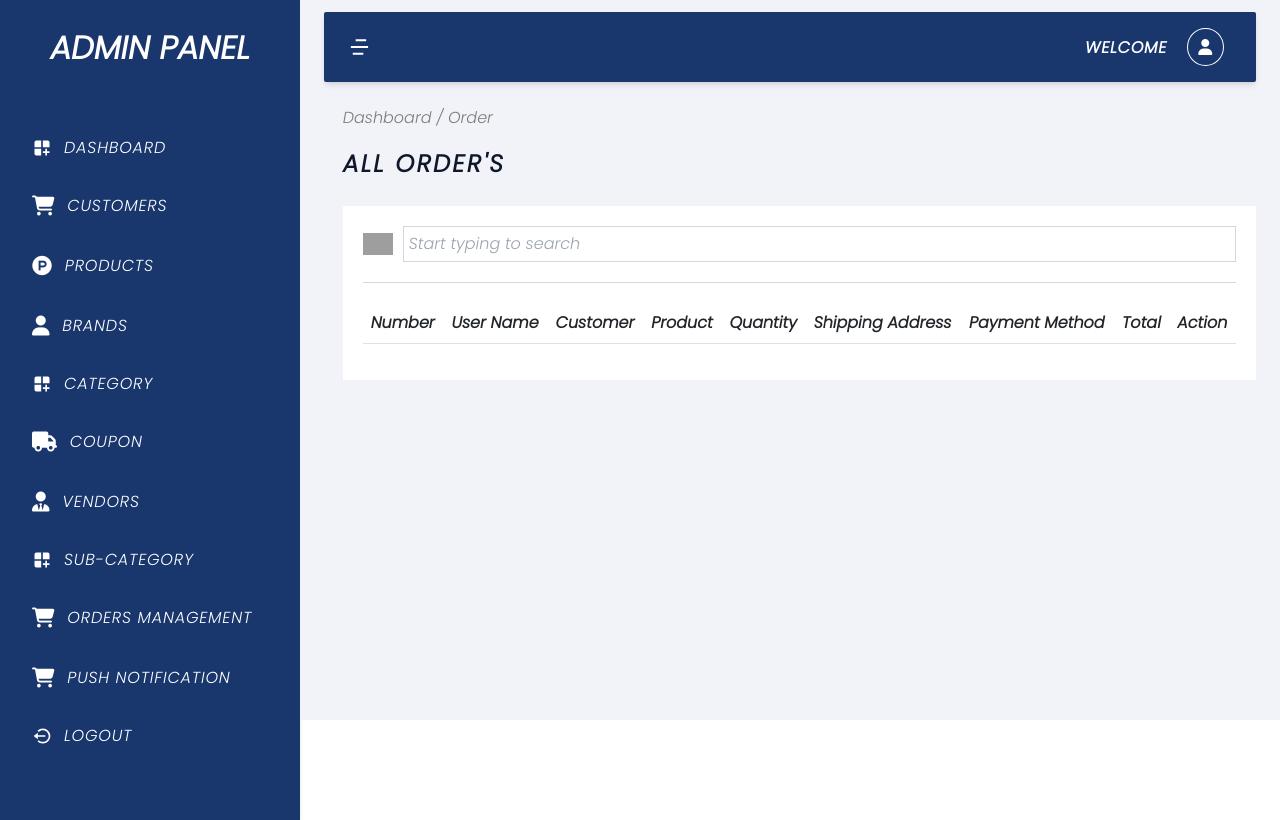
Repository: FlyweisReact/AnilAdminPanel
Page: /E-commerce/Admin/Orders
The author's editor kept a copy of each file at every save. The page is drawn from the files as they stood at one save, then again after the next save.
The browser window is 1280 px wide. The pictures show the whole page.
Pictures or frames that could not be fetched are drawn as grey boxes. The page's requests for data from a server got no answer. Some web libraries are served in a nearby version. The project was rebuilt for these pictures with package versions that can differ from the ones it lists, and the page was loaded fresh each time. No one was signed in, and anything a server would have sent is missing. Also part of the build but not shown: src/E-CommerceAdmin/forms/Login.jsx, src/E-CommerceAdmin/pages/Dashboard.jsx, src/E-CommerceAdmin/pages/ECategory.js, src/E-CommerceAdmin/pages/EProduct.js, src/E-CommerceVendor/forms/EVendorLogin.jsx, src/E-CommerceAdmin/pages/EVendorList.js, src/E-CommerceAdmin/pages/EAdminProduct.js, src/E-CommerceAdmin/pages/EAdminDelivery.js and 5 more. Imported but missing from the stored project, and not drawn on this page: src/E-CommerceVendor/pages/EVCategory, src/E-CommerceVendor/pages/EVDashboard, src/E-CommerceVendor/pages/EVOrders, src/E-CommerceVendor/pages/EVProduct, src/E-CommerceVendor/pages/EVSubCategory.

Above is the page before, as saved 2023-05-03 16:19:10.

### public/index.html
<!-- @format -->

<!DOCTYPE html>
<html lang="en">
  <head>
    <meta charset="utf-8" />
    <meta name="viewport" content="width=device-width, initial-scale=1" />
    <meta name="theme-color" content="#000000" />
    <meta
      name="description"
      content="Web site created using create-react-app"
    />
    <link rel="apple-touch-icon" href="%PUBLIC_URL%/favicon.ico?v=2" />
    <link rel="manifest" href="%PUBLIC_URL%/manifest.json" />
    <link rel="preconnect" href="https://fonts.googleapis.com">
<link rel="preconnect" href="https://fonts.gstatic.com" crossorigin>
<link href="https://fonts.googleapis.com/css2?family=Roboto+Mono:ital,wght@1,300&display=swap" rel="stylesheet">
    <title>Anil Admin Panel</title>
  </head>
  <body>
    <noscript>You need to enable JavaScript to run this app.</noscript>
    <div id="root"></div>
    <script src="https://code.jquery.com/jquery-3.6.0.min.js"></script>
    <script src="https://kit.fontawesome.com/b533b351e4.js" crossorigin="anonymous"></script>
  </body>
</html>

### src/index.js
import React from "react";
import ReactDOM from "react-dom/client";
import "./index.css";
import App from "./App";
import { BrowserRouter } from "react-router-dom";
import 'bootstrap/dist/css/bootstrap.min.css'

const root = ReactDOM.createRoot(document.getElementById("root"));
root.render(
  <React.StrictMode>
    <BrowserRouter>
      <App />
    </BrowserRouter>
  </React.StrictMode>
);

### src/index.css
/** @format */

@tailwind base;
@tailwind components;
@tailwind utilities;
@import url("https://fonts.googleapis.com/css2?family=Roboto+Mono:ital,wght@1,300&display=swap");
@font-face {
  font-family: Roboto;
  src: url("./Fonts/Poppins-LightItalic.ttf");
}
body {
  margin: 0;
  font-family: Roboto !important;
  -webkit-font-smoothing: antialiased;
  -moz-osx-font-smoothing: grayscale;
}

code {
  font-family: Roboto !important;
}

html {
  font-family: Roboto !important;
}

::-webkit-scrollbar {
  width: 10px;
}
.fa-trash {
  color: red;
  cursor: pointer;
}

.iCOn {
  transition: 0.5s;
  box-shadow: none;
  transform: scale(1);
}
.cardDiv {
  cursor: pointer;
}

.cardDiv:hover .iCOn {
  box-shadow: rgba(0, 0, 0, 0.35) 0px 5px 15px;
  transform: scale(1.3);
}

/* Track */
::-webkit-scrollbar-track {
  background: #f1f1f1;
}

/* Handle */
::-webkit-scrollbar-thumb {
  background: #888;
}

/* Handle on hover */
::-webkit-scrollbar-thumb:hover {
  background: #555;
}
.profileImage {
  width: 100px;
}
.fa-eye {
  color: #029aff;
  cursor: pointer;
}
.fa-edit {
  cursor: pointer;
  color: blue;
}

.View {
  border: 1px solid black;
  width: 100%;
  padding: 10px;
}

.main-card--container {
  display: grid;
  grid-template-columns: repeat(3, minmax(300px, 500px));
  grid-gap: 50px;
  justify-content: space-around;
}
.card-container {
  margin: 25px 0 auto;
  box-shadow: rgba(0, 0, 0, 0.35) 0px 5px 15px;
  position: relative;
  display: grid;
  grid-template-columns: 1fr;
  justify-content: space-around;
  align-items: flex-start;
}

.myEdit:focus {
  box-shadow: rgba(0, 0, 0, 0.35) 0px 5px 15px;
}

.AstroLogin {
  color: #fff;
  background-color: #2b7a8e;
  padding: 10px;
  width: 380px;
  text-align: center;
  font-size: 20px;
  background: linear-gradient(to left, #2b7a8e 50%, #fff 50%) right;
  background-size: 200%;
  transition: 0.5s ease-out;
  border: 1px solid #2b7a8e;
  margin-top: 10px;
  text-transform: uppercase;
}
.AstroLogin:hover {
  background-position: left;
  color: #2b7a8e;
}

.EcommerceAdminLogin {
  color: #fff;
  background-color: #19376d;
  padding: 10px;
  width: 380px;
  text-align: center;
  font-size: 20px;
  background: linear-gradient(to left, #19376d 50%, #fff 50%) right;
  background-size: 200%;
  transition: 0.5s ease-out;
  border: 1px solid #19376d;
  margin-top: 10px;
  text-transform: uppercase;
}

.EcommerceAdminLogin:hover {
  background-position: left;
  color: #19376d;
}
.EcommerceVendorLogin {
  color: #fff;
  background-color: #576cbc;
  padding: 10px;
  width: 380px;
  text-align: center;
  font-size: 20px;
  background: linear-gradient(to left, #576cbc 50%, #fff 50%) right;
  background-size: 200%;
  transition: 0.5s ease-out;
  border: 1px solid #576cbc;
  margin-top: 10px;
  text-transform: uppercase;
}

.EcommerceVendorLogin:hover {
  background-position: left;
  color: #576cbc;
}

.view {
  background-color: #2196f3;
  color: #fff;
  width: 50%;
  padding: 5px;
}

.two-sec {
  display: flex;
  justify-content: space-evenly;
  justify-content: space-evenly;
}
.two-sec .left {
  width: 60%;
  background-color: #f6f1ef;
  padding: 20px;
}
.two-sec .left .head {
  font-size: 25px;
  font-weight: bold;
}

.two-sec .right {
  width: 30%;
  background-color: #f6f1ef;
}

.searchDiv {
  width: 100%;
  display: flex;
  gap: 10px;
  border: 1px solid rgb(179, 179, 179);
  padding: 10px;
  margin-bottom: 20px;
  align-items: center;
}
.searchDiv input {
  width: 94%;
  outline: none;
  border: none;
}

.flexCont {
  display: flex;
  align-items: center;
  gap: 10px;
}
.flexCont img {
  width: 60px;
  background-color: #e9ecef;
}

.blockContent {
  display: block;
}
.blockContent p {
  margin: 0;
}

.checkBox {
  width: 50px;
  height: 25px;
  background-color: #e9ecef;
  border-radius: 50px;
  position: relative;
  cursor: pointer;
}
.checkBox span {
  width: 20px;
  height: 20px;
  border-radius: 100%;
  background-color: #fff;
  position: absolute;
  left: 5px;
  top: 2px;
}
.ActivecheckBox {
  width: 50px;
  height: 25px;
  background-color: #0d6efd;
  border-radius: 50px;
  position: relative;
  cursor: pointer;
}
.ActivecheckBox span {
  width: 20px;
  height: 20px;
  border-radius: 100%;
  background-color: #fff;
  position: absolute;
  right: 5px;
  top: 2px;
}

.fa-eye {
  color: #0cba73;
  background-color: #d6f8e8;
  width: 40px;
  text-align: center;
  height: 40px;
  display: flex;
  border-radius: 100%;
  justify-content: center;
  padding-top: 10px;
  transition: 0.5s;
}

.fa-pen-to-square {
  color: #f4c39c;
  background-color: #ffebdb;
  width: 40px;
  text-align: center;
  height: 40px;
  display: flex;
  border-radius: 100%;
  justify-content: center;
  padding-top: 10px;
  cursor: pointer;
  transition: 0.5s;
}
.fa-trash {
  color: #df939f;
  background-color: #ffe1e8;
  width: 40px;
  text-align: center;
  height: 40px;
  display: flex;
  border-radius: 100%;
  justify-content: center;
  padding-top: 10px;
  cursor: pointer;
  transition: 0.5s;
}
.fa-trash:hover {
  transform: scale(1.2);
}
.fa-eye:hover {
  transform: scale(1.2);
}
.fa-pen-to-square:hover {
  transform: scale(1.2);
}
.required {
  color: #e74260;
}

.headP {
  margin-left: 2%;
  color: #7b7c7d;
}
.filterBox {
  display: flex;
  align-items: center;
  gap: 10px;
  border-bottom: 1px solid #d4d7dc;
  padding-bottom: 20px;
  margin-bottom: 20px;
}
.filterBox img {
  width: 30px;
}
.filterBox input {
  width: 100%;
  border: 1px solid #d4d7dc;
  outline: none;
  padding: 5px;
  color: black;
}
.sectionCont {
  width: 98%;
  background-color: #fff;
  margin-left: 2%;
  padding: 20px;
}

.overFlowCont {
  width: 100%;
  overflow-x: auto;
}

.UserProfile {
  border: 1px solid #fff;
  padding: 10px;
  border-radius: 100%;
  transition: 0.5s;
  margin-left: 20px;
  cursor: pointer;
}

.UserProfile:hover {
  background-color: #fff;
  color: #000;
}

.submitBtn{
  border-radius: 0 !important;
  background-color: #19376d !important  ;

}

.pagination{
display: flex;
justify-content: center;
align-items: center;
gap: 10px;
margin-bottom: 20px;
}
.pagination button{
  border: 1px solid black;
  /* height: 50px;
  width: 50px; */
  padding: 10px;
}

.active{
  background-color: #029aff;
  color: #fff;
  border: 1px solid #029aff  !important;
}

### src/E-CommerceAdmin/pages/EAdminOrders.js
/** @format */

import axios from "axios";
import React, { useEffect, useState } from "react";
import { Badge, Button, Form, Modal, Table } from "react-bootstrap";
import HOC from "../layout/HOC";

const EAdminOrders = () => {
  const [modalShow, setModalShow] = useState(false);
  const [data, setData] = useState([]);

  const fetchData = async () => {
    try {
      const { data } = await axios.get(
        " https://xw9mf13nwl.execute-api.ap-south-1.amazonaws.com/dev/api/v1/orders"
      );
      setData(data);
    } catch (e) {
      console.log(e);
    }
  };

  useEffect(() => {
    fetchData();
  }, []);

  function EditStatus(props) {
    return (
      <Modal
        {...props}
        size="lg"
        aria-labelledby="contained-modal-title-vcenter"
        centered
      >
        <Modal.Header closeButton>
          <Modal.Title id="contained-modal-title-vcenter">
            Edit Status
          </Modal.Title>
        </Modal.Header>
        <Modal.Body>
          <Form>
            <Form.Select aria-label="Default select example" className="mb-3">
              <option>--Edit Status--</option>
              <option value="1">Shipped</option>
              <option value="2">Pending</option>
              <option value="3">Canceled</option>
            </Form.Select>
            <Button variant="outline-success">Submit</Button>
          </Form>
        </Modal.Body>
      </Modal>
    );
  }

  return (
    <>
      <EditStatus show={modalShow} onHide={() => setModalShow(false)} />
      <section>
        <p className="headP">Dashboard / Order</p>

        <div
          className="pb-4 sticky top-0  w-full flex justify-between items-center"
          style={{ width: "98%", marginLeft: "2%" }}
        >
          <span
            className="tracking-widest text-slate-900 font-semibold uppercase"
            style={{ fontSize: "1.5rem" }}
          >
            All Order's
          </span>
        </div>
        <section className="sectionCont">
          <div className="filterBox">
            <img
              src="https://t4.ftcdn.net/jpg/01/41/97/61/360_F_141976137_kQrdYIvfn3e0RT1EWbZOmQciOKLMgCwG.jpg"
              alt=""
            />
            <input type="search" placeholder="Start typing to search" />
          </div>

          <div className="overFlowCont">
            <Table>
              <thead>
                <tr>
                  <th>Number</th>
                  <th>User Name</th>
                  <th>Customer</th>
                  <th>Product</th>
                  <th>Quantity</th>
                  <th>Shipping Address</th>
                  <th>Payment Method</th>
                  <th>Total</th>
                  <th>Action</th>
                </tr>
              </thead>
              <tbody>
                {data?.data?.map((i, index) => (
                  <tr key={index}>
                    <td> #{index + 1} </td>
                    <td> {i.userId?.name} </td>
                    <td>
                      {" "}
                      {i.items?.map((item , index) => (
                        <ul key={index}>
                          <li> {item.product?.name}  </li>
                        </ul>
                      ))}{" "}
                    </td>
                    <td>
                      {" "}
                      {i.items?.map((item , index) => (
                        <ul key={index}>
                          <li> {item.quantity}  </li>
                        </ul>
                      ))}{" "}
                    </td>
                    <td> {i.shippingAddress} </td>
                    <td> {i.paymentMethod} </td>
                    <td> {i.taxPrice} </td>
                    <td> {i.shippingPrice} </td>
                    <td> {i.isPaid=== false ? <Badge bg='danger'>Not Paid</Badge> : <Badge bg='success' >Paid</Badge>} </td>
                    <td> {i.isDelivered === false ? <Badge bg='danger'>Not Paid</Badge> : <Badge bg='success' >Paid</Badge> } </td>
                    <td> {i.createdAt  } </td>
                    <td>
                      <span className="d-flex gap-2">
                        <i className="fa-solid fa-trash"></i>
                        <i
                          class="fa-solid fa-pen-to-square"
                          onClick={() => {
                            setModalShow(true);
                          }}
                        ></i>
                      </span>
                    </td>
                  </tr>
                ))}
              </tbody>
            </Table>
          </div>
        </section>
      </section>
    </>
  );
};

export default HOC(EAdminOrders);

### src/E-CommerceAdmin/layout/HOC.jsx
/** @format */

import React, { useState } from "react";
import Navbar from "./Navbar";
import Sidebar from "./Sidebar";

const HOC = (Wcomponenet) => {
  return function Component() {
    const [hamb, setHamb] = useState(false);
    return (
      <>
        <section className="flex overflow-x-hidden relative ">
          {/* Sidebar */}
          <div
            className={
              hamb
                ? " absolute top-0 z-30 md:w-auto shadow-md bg-slate-200  w-60 transition-all md:-left-full left duration-150  h-auto overflow-y-auto  left-0 "
                : " md:w-72 z-30 bg-slate-200  shadow-md  md:static absolute top-0 -left-full   transition-all duration-150  overflow-y-auto h-auto"
            }
            style={{ minWidth: "300px" }}
          >
            <Sidebar hamb={hamb} setHamb={setHamb} />
          </div>
          {/* Components & Navbar */}
          <div
            className={
              hamb
                ? " transition-all px-4 py-2  duration-150 w-full h-screen"
                : " w-full h-screen  px-4 py-2   z-50 transition-all duration-150 "
            }
            style={{backgroundColor : '#f2f3f8'}}
          >
            <Navbar hamb={hamb} setHamb={setHamb} />
            <div className="my-6 text-#000 h-[87%] wcomp overflow-y-auto">
              {" "}
              <Wcomponenet />
            </div>
          </div>
        </section>
      </>
    );
  };
};

export default HOC;

### src/E-CommerceAdmin/layout/Navbar.jsx
/** @format */

import { useState } from "react";
import { RiMenu4Line } from "react-icons/ri";
import { ProfileUpdate } from "../Modals/Modals";

const Navbar = ({ hamb, setHamb }) => {
  const [openProfile, setOpenProfile] = useState(false);

  return (
    <>
      <ProfileUpdate show={openProfile} onHide={() => setOpenProfile(false)} />

      <div
        className={
          hamb
            ? "flex  w-full justify-between  my-1 rounded-sm  p-4 py-3 shadow-md items-center  bg-slate-200 space-x-4"
            : "flex  w-full justify-between my-1 rounded-sm  p-4 py-3 shadow-md items-center  bg-slate-200 space-x-4"
        }
        style={{ backgroundColor: "#19376d" }}
      >
        <RiMenu4Line
          onClick={() => setHamb(!hamb)}
          className="text-2xl font-bold text-gray-900 hover:scale-90 cursor-pointer"
          style={{ color: "#fff" }}
        />

        <section className="flex sm:ml-auto justify-end sm:w-full items-center space-x-2  pr-2">
          <figcaption className="tracking-wider pl-1 font-semibold">
            <div
              className="lg:text-base text-sm text-gray-900  uppercase"
              style={{ color: "#fff" }}
            >
              Welcome
              <i
                className="fa-solid fa-user UserProfile"
                onClick={() => setOpenProfile(!openProfile)}
              ></i>
            </div>
          </figcaption>
        </section>
      </div>
    </>
  );
};

export default Navbar;

### src/E-CommerceAdmin/layout/Sidebar.jsx
/** @format */

import React from "react";
import { RiCloseLine } from "react-icons/ri";
import { Link, useNavigate } from "react-router-dom";
import { BiLogOutCircle } from "react-icons/bi";
import { MdDashboardCustomize } from "react-icons/md";

const Sidebar = ({ hamb, setHamb }) => {
  const navigate = useNavigate();

  const nav = [
    {
      icon: <MdDashboardCustomize className="text-xl mr-3 rounded-full " />,
      link: "/E-Commerce/dashboard",
      name: "Dashboard",
    },

    {
      icon: (
        <i className="fa-solid fa-cart-shopping text-xl mr-3 rounded-full"></i>
      ),
      link: "/Customer",
      name: "Customers",
    },

    {
      icon: (
        <i className="fa-brands fa-product-hunt text-xl mr-3 rounded-full"></i>
      ),
      link: "/E-Commerce/Product",
      name: "Products",
    },

    {
      icon: <i class="fa-solid fa-user text-xl mr-3 rounded-full"></i>,
      link: "/E-Commerce/Admin",
      name: "Brands",
    },
    {
      icon: <MdDashboardCustomize className="text-xl mr-3 rounded-full " />,
      link: "/E-Commerce/Category",
      name: "Category",
    },
    {
      icon: <i class="fa-solid fa-truck  text-xl mr-3 rounded-full"></i>,
      link: "/E-Commerce/Admin/Delivery",
      name: "Coupon",
    },

    {
      icon: <i class="fa-solid fa-user-tie text-xl mr-3 rounded-full"></i>,
      link: "/E-Commerce/VendorList",
      name: "Vendors",
    },




    {
      icon: <MdDashboardCustomize className="text-xl mr-3 rounded-full " />,
      link: "/E-Commerce/Admin/subCat",
      name: "Sub-Category",
    },

    {
      icon: (
        <i className="fa-solid fa-cart-shopping text-xl mr-3 rounded-full"></i>
      ),
      link: "/E-commerce/Admin/Orders",
      name: "Orders Management",
    },

    {
      icon: (
        <i className="fa-solid fa-cart-shopping text-xl mr-3 rounded-full"></i>
      ),
      link: "/notification",
      name: "Push Notification",
    },
  ];

  const logOut = () => {
    navigate("/");
  };

  return (
    <>
      <aside
        className="p-4 h-auto"
        style={{ backgroundColor: "#19376d", minHeight: "100vh" }}
      >
        {/* Top */}
        <div className="w-full md:hidden relative  p-2 mb-4">
          <RiCloseLine
            onClick={() => setHamb(!hamb)}
            className="text-3xl  absolute top-2 sm:hover:rotate-[228deg] transition-transform font-bold right-2 sm:hover:text-[22px] text-[rgb(241,146,46)] cursor-pointer"
          />
        </div>{" "}
        <figure className="flex  flex-col items-center">
          <span
            className="font-bold text-[#fff]"
            style={{
              fontSize: "2rem",
              textAlign: "center",
              textTransform: "uppercase",
            }}
          >
             ADMIN PANEL
          </span>
        </figure>
        <nav className="py-6">
          {nav.map((nav) => {
            return (
              <Link
                to={nav.link}
                key={nav.name}
                className=""
                style={{ textDecoration: "none", textTransform: "uppercase" }}
              >
                <span
                  className="flex my-3 items-center cursor-pointer text-gray-900    tracking-wider p-2 rounded-sm"
                  style={{ color: "#FFF" }}
                >
                  {nav.icon} {nav.name}
                </span>
              </Link>
            );
          })}
          <span
            className="flex my-3 items-center cursor-pointer text-gray-900    tracking-wider p-2 rounded-sm"
            onClick={() => logOut()}
            style={{ color: "#FFF", textTransform: "uppercase" }}
          >
            <BiLogOutCircle className="text-xl mr-3 rounded-full " /> LogOut
          </span>
        </nav>
      </aside>
    </>
  );
};

export default Sidebar;

### src/E-CommerceAdmin/Modals/Modals.js
/** @format */

import { Button, Form, Modal } from "react-bootstrap";

export function ProfileUpdate(props) {
  return (
    <Modal
      {...props}
      size="lg"
      aria-labelledby="contained-modal-title-vcenter"
      centered
    >
      <Modal.Header closeButton>
        <Modal.Title id="contained-modal-title-vcenter">
          Update Profile
        </Modal.Title>
      </Modal.Header>
      <Modal.Body>
        <Form>
          <Form.Group className="mb-3">
            <Form.Label>Name</Form.Label>
            <Form.Control type="text" />
          </Form.Group>
          <Form.Group className="mb-3">
            <Form.Label>Email</Form.Label>
            <Form.Control type="email" />
          </Form.Group>
          <Form.Group className="mb-3">
            <Form.Label>Phone Number</Form.Label>
            <Form.Control type="tel" pattern="[0-9]{10}" />
          </Form.Group>
          <Form.Group className="mb-3">
            <Form.Label>Password</Form.Label>
            <Form.Control type="password" />
          </Form.Group>
          <Button className="submitBtn" >Submit</Button>
        </Form>
      </Modal.Body>
      <Modal.Footer></Modal.Footer>
    </Modal>
  );
}

Loaded but not shown: tailwind.config.js (common file); src/App.js (66 lines, source omitted)

After the next save:
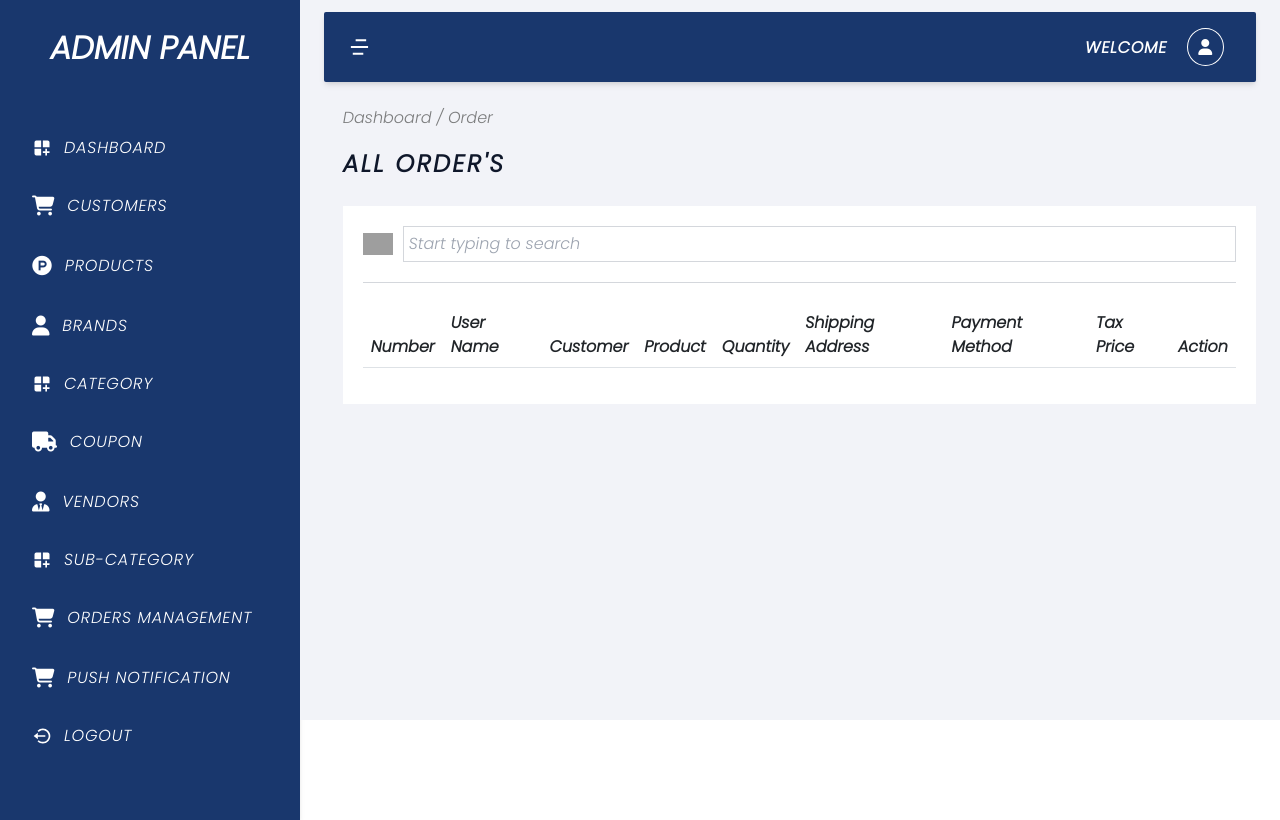
Saved 4 s later.
--- a/src/E-CommerceAdmin/pages/EAdminOrders.js
+++ b/src/E-CommerceAdmin/pages/EAdminOrders.js
@@ -89,7 +89,7 @@ const EAdminOrders = () => {
                   <th>Quantity</th>
                   <th>Shipping Address</th>
                   <th>Payment Method</th>
-                  <th>Total</th>
+                  <th>Tax Price</th>
                   <th>Action</th>
                 </tr>
               </thead>
